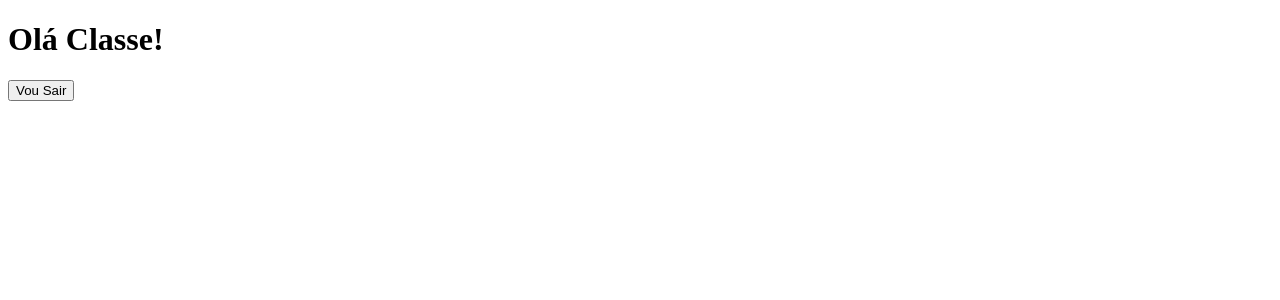
Repository: eversonps/react-fundamentos
Page: / (app in v4/)
An editor plug-in stored every save of this project. The page is shown before and after the next save, followed by the edit.
The browser window is 1280 px wide. The pictures show the whole page.
The project was rebuilt for these pictures with package versions that can differ from the ones it lists, and the page was loaded fresh each time.

Above is the page before, as saved 2022-03-24 16:59:58.

After the next save:
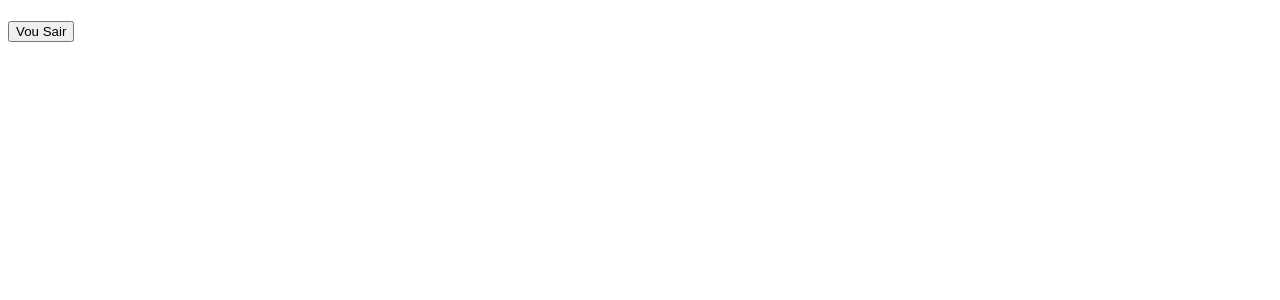
Saved 25 s later.
--- a/v4/src/componentes/ComponenteClasse.jsx
+++ b/v4/src/componentes/ComponenteClasse.jsx
@@ -3,7 +3,7 @@ import React, { Component } from "react"
 export default class ComponentClasse extends Component{
     render(){
         return (
-            <h1>Olá Classe!</h1>
+            <h1>{this.props.valor}</h1>
         )
     }
 }

After the save that followed:
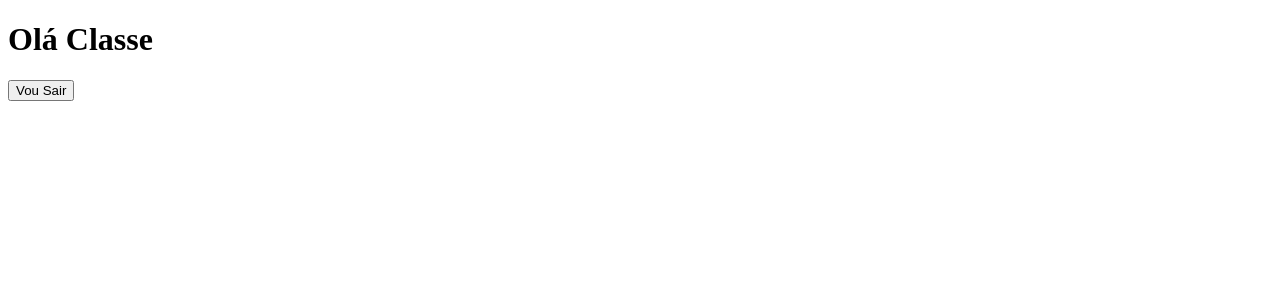
Saved 9 s later.
--- a/v4/src/index.js
+++ b/v4/src/index.js
@@ -6,7 +6,7 @@ import ComponentClasse from "./componentes/ComponenteClasse"
 const elemento = document.getElementById("root")
 ReactDOM.render(
     <div>
-        <ComponentClasse></ComponentClasse>
+        <ComponentClasse valor="Olá Classe"></ComponentClasse>
         <Pai></Pai>
     </div>,
     elemento
